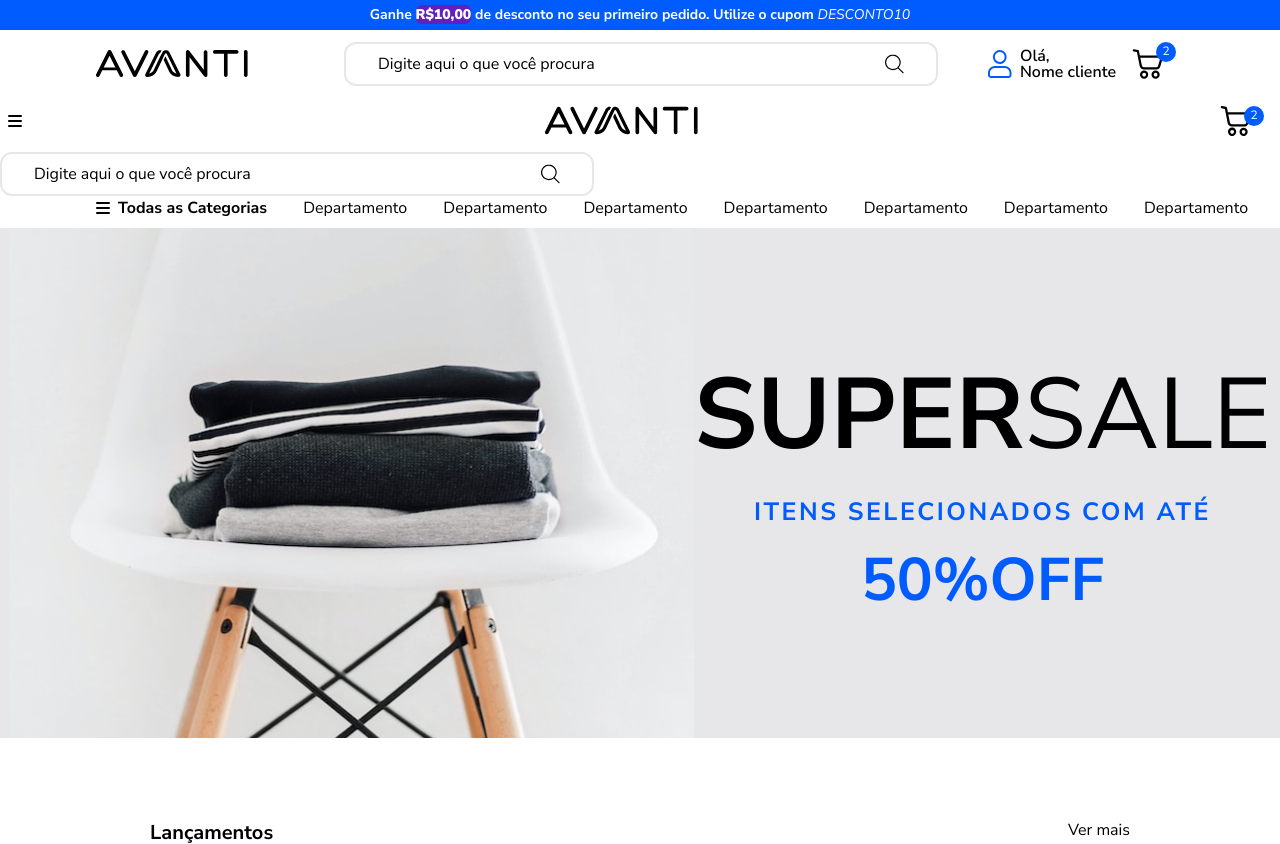
Repository: chidekina/avanti-01
Page: index.html
These files come from the project's save history. The page is drawn as it stood at one moment and after a run of saves; the edit follows.
The browser window is 1280 px wide. The pictures show the part of the page from y = 0 to 844 px (the page is 4170 px tall before and 4209 px after).
A picture or video elsewhere on the page could not be fetched, so the positions and the page height are approximate.

Above is the page before, as saved 2025-04-15 14:34:51.

### index.html
<!DOCTYPE html>
<html lang="en">
  <head>
    <meta charset="UTF-8" />
    <meta name="viewport" content="width=device-width, initial-scale=1.0" />
    <script src="https://cdn.jsdelivr.net/npm/@tailwindcss/browser@4"></script>
    <link rel="preconnect" href="https://fonts.googleapis.com" />
    <link rel="preconnect" href="https://fonts.gstatic.com" crossorigin />
    <link href="https://fonts.googleapis.com/css2?family=Nunito+Sans:ital,opsz,wght@0,6..12,200..1000;1,6..12,200..1000&family=Nunito:ital,wght@0,200..1000;1,200..1000&display=swap" rel="stylesheet" />
    <title>Avanti</title>
    <link rel="icon" type="image" href="./assets/avanti-icon.svg" />
    <link rel="stylesheet" href="style.css" />
    <link rel="stylesheet" href="https://cdn.jsdelivr.net/npm/swiper/swiper-bundle.min.css">
  </head>
  <body>
    <header class="mb-2">
      <h1 class="flex justify-center items-center bg-(--primary-color) text-white text-sm h-[30px] font-bold max-md:text-[12px] max-md:text-center max-md:px-6 max-md:h-[52px]">
        <span>
        Ganhe
        <b class=" bg-(--secondary-color) heigth-[16px] w-[64px] rounded-md">R$10,00</b>
        de desconto no seu primeiro pedido. Utilize o cupom
        <i class="font-normal">DESCONTO10</i>
        </span>
      </h1>
      <div class="mt-3 mb-5 px-24 flex justify-between w-full max-md:hidden">
        <div class="flex gap-24">
          <img src="./assets/logo.svg" alt="Avanti Logo" class="w-[152px]" />
            <div class="flex justify-between py-2 border-2 border-solid border-(--bg-color) px-8 rounded-xl cursor-text w-[594px]">
              <input type="text" placeholder="Digite aqui o que você procura" class="placeholder-black outline-none focus:placeholder-transparent w-1/2" />
              <img src="./assets/search.svg" />
            </div>
        </div>
        <div class="flex gap-4">
          <div class="flex gap-2 items-center">
            <img src="./assets/user.svg" alt="icone do usuario" class="w-[24px]" />
            <h6 class="leading-none font-semibold">
              Olá,<br />
              Nome cliente
            </h6>
          </div>
          <div class="flex">
            <img src="./assets/cart.svg" alt="imagem de um carrinho de compras" class="w-[32px]" />
            <div class="relative bg-(--primary-color) w-[20px] h-[20px] text-center text-white text-[12px] rounded-full right-2">2</div>
          </div>
        </div>
      </div>
      <div class="">
        <div class="flex justify-between my-4 mx-2">
          <img src="./assets/menu-hamburger.svg" alt="menu hamburguer">
          <img src="./assets/logo.svg" alt="logo da Avanti">
          <div class="flex">
            <img src="./assets/cart.svg" alt="imagem de um carrinho de compras" class="w-[32px]" />
            <div class="relative bg-(--primary-color) w-[20px] h-[20px] text-center text-white text-[12px] rounded-full right-2">2</div>
          </div>
        </div>
        <div class="flex justify-between py-2 border-2 border-solid border-(--bg-color) px-8 rounded-xl cursor-text w-[594px]">
          <input type="text" placeholder="Digite aqui o que você procura" class="placeholder-black outline-none focus:placeholder-transparent w-1/2" />
          <img src="./assets/search.svg" />
        </div>
      </div>
      <div class="flex px-24 w-full max-md:hidden">
        <ul class="flex gap-9" id="department-list">
          <li  id="menu-button">
          <a href="#">
            <div class="flex gap-2 w-max">
              <img src="./assets/menu-hamburger.svg" alt="menu hamburguer" />
              <h5 class="font-bold">Todas as Categorias</h5>
            </div>
          </a>
        </li>
        </ul>
      </div>
      <div class="flex mx-24 my-2 w-[1200px] h-[320px] bg-white rounded-md px-4 hidden" id="department-content">
       <div id="department-number">
        <div class="flex gap-20" id="department-content-list">
      </div>
      </div>
        <div class="flex flex-col relative left-146 my-2 w-[236px] justify-center bg-[url(/assets/mini-banner.svg)] bg-no-repeat mr-2 px-4 gap-4">
          <h1 class="text-[24px] text-white z-2">
            Confira os<br>
            Produtos<br>
            <b>Que<br>
            acabaram<br>
            De chegar<br></b>
          </h1>
          <a class=" flex justify-center items-center text-white font-bold border-1 z-2 rounded-lg w-[112px] text-[12px] h-[38px]">
            VER TODOS
          </a>
        </div>
      </div>
      <div class="flex mx-24 my-2 w-[1200px] h-[320px] bg-white rounded-md hidden" id="dropdown-content">
        <ul class="flex flex-col gap-2 bg-(--bg-lighter) overflow-y-scroll w-1/5 rounded-md px-4 py-2" id="categories-list">
        </ul>
        <div class="flex flex-col relative left- my-2 w-[236px] justify-center bg-[url(/assets/mini-banner.svg)] bg-no-repeat mr-2 px-4 gap-4">
          <h1 class="text-[24px] text-white z-2">
            Confira os<br>
            Produtos<br>
            <b>Que<br>
            acabaram<br>
            De chegar<br></b>
          </h1>
          <a class=" flex justify-center items-center text-white font-bold border-1 z-2 rounded-lg w-[112px] text-[12px] h-[38px]">
            VER TODOS
          </a>
        </div>
      </div>
    </header>
    <main>
      <section class="flex justify-center items-center w-full height-[510px] bg-(--bg-color) font-(--font-secondary)">
        <img src="./assets/chair.svg" alt="Foto de uma cadeira com roupas dobradas em cima" />
        <div class="flex flex-col gap-1 text-center">
          <h1 class="text-[100px]"><b>SUPER</b>SALE</h1>
          <h4 class="text-[25px] text-(--primary-color) font-bold tracking-widest">ITENS SELECIONADOS COM ATÉ</h4>
          <h4 class="text-[60px] text-(--primary-color) font-bold">50%OFF</h4>
        </div>
      </section>
<carousel-section></carousel-section>
      </section>
  <description-section></description-section>
  <section class="flex w-full bg-(--bg-light) px-[200px] py-[42px] font-(--font-secondary) my-[40px]">
    <div class="text-center text-(--text-color) w-1/2 mr-5">
      <h1 class="text-[30px] font-bold mb-10">
        Lorem ipsum
      </h1>
      <ul class="flex flex-col text-start gap-15">
        <li class="flex gap-6">
          <img src="./assets/pin.svg">
          <p>
            Aenean massa. Cum sociis natoque penatibus et magnis dis parturient montes, nascetur ridiculus mus. Donec quam felis, ultricies nec, pellentesque eu, pretium quis, sem.
          </p>
        </li>
        <li class="flex gap-6">
          <img src="./assets/pin.svg">
          <p>
            Aenean massa. Cum sociis natoque penatibus et magnis dis parturient montes, nascetur ridiculus mus. Donec quam felis, ultricies nec, pellentesque eu, pretium quis, sem.
          </p>
        </li>
        <li class="flex gap-6">
          <img src="./assets/pin.svg">
          <p>
            Aenean massa. Cum sociis natoque penatibus et magnis dis parturient montes, nascetur ridiculus mus. Donec quam felis, ultricies nec, pellentesque eu, pretium quis, sem.
          </p>
        </li>
      </ul>
    </div>
    <img src="./assets/banner.svg" alt="Foto da caneca da Avanti sobre uma tabua de vegetais" class="w-1/2">
  </section>
  <section>
  <description-section></description-section>
  <carousel-section></carousel-section>

  </section>
  <section>
    <img src="./assets/banner2.svg" alt="Foto da entrada da loja da Avanti" />
    <div class="absolute h-[126px] bg-(--primary-color) w-full bottom-[-3080px] text-white text-[30px] font-(--font-secondary)">
      <h1 class="flex justify-center h-full items-center">Entre em contato conosco e verifique a disponibilidade para sua região!</h1>
    </div>
  </section>
  <section class="flex flex-col my-[50px] gap-6 items-center">
    <h2 class="font-bold text-center text-[20px]">
      Cadastre-se na nossa <b class="text-(--primary-color)">newsletter</b>
    </h2>
    <div class="flex w-[1260px] h-[170px] items-center justify-center bg-(--bg-light) rounded-lg gap-6">
      <input type="text" placeholder="Digite seu nome" class="outline-none rounded-lg bg-white placeholder:text-black w-[260px] h-[48px] focus:placeholder-transparent pl-4"/>
      <input type="text" placeholder="Digite seu e-mail" class="outline-none rounded-lg bg-white placeholder:text-black w-[260px] h-[48px] focus:placeholder-transparent pl-4"/>
      <div class="flex gap-1">
      <input type="checkbox" />
      <h5 class="text-(--sub-text) text-[12px] font-bold">Estou de acordo com a <a href="#" class="underline">Política de Privacidade</a></h5>
    </div>
    </div>
  </section>
  <section class="text-center px-[200px] py-[64px] bg-(--bg-lighter)">
    <div class="flex justify-around mb-10">
    <div class="flex flex-col gap-5">
      <img src="./assets/logo.svg" alt="Logo Avanti" />
      <ul class="flex gap-5 justify-around items-center">
        <li>
          <a href="#">
            <img src="./assets/social-links/instagram.svg" alt="Logo do instagram" />
          </a>
        </li>
        <li>
          <a href="#">
            <img src="./assets/social-links/facebook.svg" alt="Logo do instagram" />
          </a>
        </li>
        <li>
          <a href="#">
            <img src="./assets/social-links/youtube.svg" alt="Logo do instagram" />
          </a>
        </li>
        <li>
          <a href="#">
            <img src="./assets/social-links/tiktok.svg" alt="Logo do instagram" />
          </a>
        </li>
      </ul>
    </div>
    <ul class="flex flex-col gap-4">
      <li class="font-bold">
        <a href="">
          Institucional
        </a>
      </li>
      <li>
        <a href="">
          Sobre Nós
        </a>
      </li>
      <li>
        <a href="">
          Nossas lojas
        </a>
      </li>
      <li>
        <a href="">
          Privacidade e Segurança
        </a>
      </li>
      <li>
        <a href="">
          Termos e condições
        </a>
      </li>
    </ul>
    <ul class="flex flex-col gap-4">
      <li class="font-bold">
        <a href="">
          Central de ajuda
        </a>
      </li>
      <li>
        <a href="">
          Fale Conosco
        </a>
      </li>
      <li>
        <a href="">
          Frete e Entrega
        </a>
      </li>
      <li>
        <a href="">
          Trocas e Devoluções
        </a>
      </li>
      <li>
        <a href="">
          Formas de Pagamento
        </a>
      </li>
      <li>
        <a href="">
          FAQ
        </a>
      </li>
    </ul>
    <ul class="flex flex-col gap-4">
      <li class="font-bold">
          Atendimento
      </li>
      <li>
         <b>Telefone:</b> (00) 1234-5678
      </li>
      <li>
        <b>E-mail:</b> exemplo@exemplo.com.br
      </li>
      <li>
        <b>Horário de atendimento:</b><br>
          Segunda a Sábado: 07h00 às 23h00<br>
          Domingos e Feriados:  07h00 às 21h00
      </li>
    </ul>
  </div>
<div>
<ul class="flex gap-10 justify-center">
  <li>
    <img src="./assets/payments/amex.svg" alt="Logo Amex" />
  </li>
  <li>
    <img src="./assets/payments/mastercard.svg" alt="Logo Mastercard" />
  </li>
  <li>
    <img src="./assets/payments/visa.svg" alt="Logo Visa" />
  </li>
  <li>
    <img src="./assets/payments/hipercard.svg" alt="Logo Hipercard" />
  </li>
  <li>
    <img src="./assets/payments/elo.svg" alt="Logo Elo" />
  </li>
  <li>
    <img src="./assets/payments/dinners.svg" alt="Logo Dinners" />
  </li>
  <li>
    <img src="./assets/payments/paypal.svg" alt="Logo Paypal" />
  </li>
  <li>
    <img src="./assets/payments/pix.svg" alt="Logo Pix" />
  </li>
  <li>
    <img src="./assets/payments/boleto.svg" alt="Logo Boleto" />
  </li>
</ul>
</div>
  </section>
    </main>
    <footer class="flex flex-col gap-5 my-10">
      <div class="flex flex-col text-center justify-center items-center">
        <p class="w-[1000px] text-[12px]">
          Lorem ipsum dolor sit amet, consectetuer adipiscing elit, sed diam nonummy nibh euismod tincidunt ut laoreet dolore magna aliquam erat volutpat. Ut wisi enim ad minim veniam, quis nostrud exerci tation ullamcorper suscipit lobortis nisl ut aliquip ex ea commodo consequat. Duis autem vel eum iriure dolor in hendrerit in vulputate velit esse molestie consequat, vel illum dolore eu feugiat nulla facilisis at vero eros et accumsan et iusto odio dignissim qui blandit praesent luptatum zzril delenit augue duis dolore te feugait nulla facilisi.
        </p>
      </div>
        <ul class="flex justify-center gap-10">
          <li>
            <img src="./assets/logos/encrypt-logo.svg" alt="Logo da Lets Encrypt">
          </li>
          <li>
            <img src="./assets/logos/vtex-pci-logo.svg" alt="Logo da VTEX e da PCI certified">
          </li>
          <li>
            <img src="./assets/logo.svg" alt="Logo da Avanti">
          </li>
          <li>
            <img src="./assets/logos/vtex-logo.svg" alt="Logo da VTEX">
          </li>
        </ul>
      </footer>
    <script src="https://cdn.jsdelivr.net/npm/swiper/swiper-bundle.min.js"></script>
    <script src="app.js"></script>
  </body>
</html>

### style.css
:root {
    font-family: "Nunito Sans", sans-serif;
    --primary-color: #005CFF;
    --secondary-color: #6220C1;
    --text-color: #4F4F4F;
    --bg-color: #E7E7EA;
    --bg-dark: #C2C2C2;
    --bg-light: #DEDEDE;
    --bg-lighter: #F5F5F5;
    --sub-text: #656565;
    --font-secondary: "Nunito", sans-serif;
}

html, body {
    margin: 0;
    padding: 0;
    width: 100%;
    height: 100%;
    box-sizing: border-box;
  }

#dropdown-content,
#department-content {
    position: absolute;
    z-index: 1;
    box-shadow: 0px 8px 16px 0px rgba(0,0,0,0.2);
}


#dropdown-content .bg-no-repeat::before,
#department-content .bg-no-repeat::before {
    content: '';
    position: absolute;
    top: 0;
    left: 0;
    width: 236px;
    height: 298px;
    background-image: url(/assets/black-filter.svg);
    z-index: 1;
}

#categories-list li:hover img,
#categories-list li.active img {
    content: url('./assets/arrow-active.svg');
    transform: scale(1.1);
}

.selected {
    color: var(--primary-color); /* Replace with your desired color */
    font-weight: bold;
}

#categories-list li.selected img {
    content: url('./assets/arrow-active.svg'); /* Replace with the active image path */
    transform: scale(1.1); /* Optional: Add a scaling effect */
}

.sublist.open {
    max-height: 500px; /* Adjust based on the expected height of the sublist */
}


.sublist {
    list-style: none;
    padding: 0;
    margin: 0;
}

### app.js
class Carousel extends HTMLElement {
    constructor() {
      super();
    }

    connectedCallback() {
      this.render();
      this.initSlides();
      this.initSwiper();
    }

    render() {
      this.innerHTML = `
        <section class="py-[80px] px-[150px]">
          <div>
            <div class="flex justify-between mb-4">
              <h3 class="font-bold text-[20px]">Lançamentos</h3>
              <h4>Ver mais</h4>
            </div>
            <div class="swiper">
              <div class="swiper-container">
                <ul class="swiper-wrapper" id="swiper-wrapper"></ul>
                <div class="swiper-button-next"></div>
                <div class="swiper-button-prev"></div>
                <div class="swiper-pagination"></div>
              </div>
            </div>
          </div>
        </section>
      `;
    }

    initSlides() {
      const swiperWrapper = this.querySelector("#swiper-wrapper");

      for (let i = 1; i <= 15; i++) {
        const slide = `
          <li class="swiper-slide border border-[#DDDDDD] py-1 px-1 rounded-md" style="min-width: 200px;">
            <div class="absolute">
              <h6 class="flex justify-center items-center bg-[#00264E] text-white text-[10px] w-[42px] h-[20px] rounded-sm">
                NOVO
              </h6>
            </div>
            <img src="./assets/model.svg" alt="Modelo ${i}" />
            <div class="mt-2">
              <h3 class="text-[#303030] text-[12px] mb-1 leading-none">
                Produto ${i} - Nome do Produto
              </h3>
            </div>
            <div class="flex gap-1">
              <div>
                <h4 class="text-[#303030] text-[10px] line-through leading-none">R$ 100,00</h4>
                <h4 class="text-[14px] font-bold tracking-tight">R$ 79,90</h4>
              </div>
              <div class="flex justify-center items-center bg-[#5EC0BE] text-white underline text-[8px] w-[52px] h-[16px] rounded-sm tracking-tight">
                10% OFF
              </div>
            </div>
            <h6 class="text-[10px]">Ou em até <b>10x de R$ 7,90</b></h6>
            <button class="w-full bg-[#00264E] text-white rounded-md text-[12px] h-[30px]">
              Comprar
            </button>
          </li>
        `;
        swiperWrapper.insertAdjacentHTML("beforeend", slide);
      }
    }

    initSwiper() {
      new Swiper(this.querySelector(".swiper-container"), {
        slidesPerView: 5,
        spaceBetween: 10,
        navigation: {
          nextEl: this.querySelector(".swiper-button-next"),
          prevEl: this.querySelector(".swiper-button-prev"),
        },
        pagination: {
          el: this.querySelector(".swiper-pagination"),
          clickable: true,
        },
      });
    }
  }

  customElements.define("carousel-section", Carousel);

class Description extends HTMLElement {
  connectedCallback() {
    this.innerHTML = `
     <section class="flex px-[200px] gap-5 items-center">
        <div class="flex bg-(--bg-dark) justify-center items-center">
            <img src="./assets/mug.svg" alt="Foto de uma caneca da Avanti" />
        </div>
        <div class="font-(--font-secondary) w-1/2">
            <h1 class="font-bold text-[30px]">
          Lorem Ipsum
            </h1>
            <p class="text-[12px]">
                Duis consectetur metus nec lacus auctor dignissim. Mauris vitae finibus dui. Mauris laoreet lacus ut eleifend viverra. Cras efficitur volutpat dui, in lobortis metus lacinia sit amet. Sed lacinia pharetra magna, vel pulvinar ligula hendrerit a. Maecenas fringilla porttitor tortor eget lacinia. Donec sollicitudin euismod orci, auctor fringilla magna consequat interdum. Fusce sagittis elit a libero commodo egestas efficitur id augue.<br></br>
                Duis consectetur metus nec lacus auctor dignissim. Mauris vitae finibus dui. Mauris laoreet lacus ut eleifend viverra. Cras efficitur volutpat dui, in lobortis metus lacinia sit amet. Sed lacinia pharetra magna, vel pulvinar ligula hendrerit a. Maecenas fringilla porttitor tortor eget lacinia. Donec sollicitudin euismod orci, auctor fringilla magna consequat interdum. Fusce sagittis elit a libero commodo egestas efficitur id augue.
            </p>
        </div>
        </section>
        `;
  }
};

customElements.define("description-section", Description);

const categories = document.getElementById('categories-list');
const dropdown = document.getElementById('dropdown-content');
const allCategories = document.getElementById('menu-button');
const depList = document.getElementById('department-list');
const depContent = document.getElementById('department-content');
const depContentList = document.getElementById('department-content-list');
const depNumber = document.getElementById('department-number');

for (let i = 1; i <= 7; i++) {
  const li = document.createElement('li');
  li.innerHTML = `
    <a href="#" id="dep-${i}" class="hover:font-bold hover:text-(--primary-color)"> Departamento </a>
  `;

  li.onclick = () => {
    const allItems = depList.querySelectorAll('li');
    allItems.forEach(item => item.classList.remove('selected'));

    dropdown.classList.add('hidden');

    generateDepartmentContent(i); // Generate content dynamically for the clicked department
  };

  depList.appendChild(li);
}

function generateDepartmentContent(departmentId) {
  const currentVisibleId = depContent.getAttribute('data-visible-id');
  if (currentVisibleId === departmentId.toString()) {
    depContent.classList.add('hidden');
    depContent.removeAttribute('data-visible-id');
    return;
  }

  depContent.setAttribute('data-visible-id', departmentId);
  depContent.classList.remove('hidden');

  depContentList.innerHTML = '';
  const depTitle = depNumber.querySelector('h2');
  if (depTitle) {
    depNumber.removeChild(depTitle);
  }

  const h2 = document.createElement('h2');
  h2.className = 'font-bold mt-4 mb-2';
  h2.textContent = `Departamento ${departmentId}`;
  depNumber.prepend(h2);

  for (let col = 1; col <= 3; col++) {
    const ul = document.createElement('ul');
    ul.className = 'flex flex-col gap-1 text-[14px]';

    for (let item = 1; item <= 8; item++) {
      const li = document.createElement('li');
      li.className = 'first:font-bold first:text-(--primary-color) hover:font-bold hover:text-(--primary-color)';
      li.textContent = 'Categoria';
      ul.appendChild(li);
    }

    depContentList.appendChild(ul);
  }
}

allCategories.onclick = () => {
  if (dropdown.classList.contains('hidden')) {
    dropdown.classList.remove('hidden');
    depContent.classList.add('hidden');
  } else {
    dropdown.classList.add('hidden');
  }
};

for (let i = 1; i <= 15; i++) {
  const li = document.createElement('li');
  li.id = i;
  li.className = 'flex justify-between hover:text-(--primary-color) hover:font-bold';
  li.innerHTML = `
    <p>Departamento</p>
    <img src="./assets/arrow.svg" alt="imagem de flecha" />
  `;

  li.addEventListener('click', () => {
    const allItems = categories.querySelectorAll('li');
    allItems.forEach(item => item.classList.remove('selected'));

    li.classList.add('selected');

    const existingSublist = dropdown.querySelector('.sublist-container');
    if (existingSublist) {
      dropdown.removeChild(existingSublist);
    }

    const sublistContainer = document.createElement('div');
    sublistContainer.className = 'flex relative gap-[100px] right-50 mt-4 sublist-container';

    // Create 3 lists
    for (let i = 1; i <= 3; i++) {
      const sublist = document.createElement('ul');
      sublist.className = 'flex flex-col gap-3 sublist text-(--sub-text)';

      for (let j = 1; j <= 8; j++) {
        const subItem = document.createElement('li');
        subItem.className = 'hover:text-(--primary-color) hover:font-bold first:text-(--primary-color) first:font-bold';
        subItem.textContent = `Categoria ${li.id}`;
        sublist.appendChild(subItem);
      }

      sublistContainer.appendChild(sublist);
    }

    dropdown.appendChild(sublistContainer);
  });

  categories.appendChild(li);
}

After the next 3 saves:
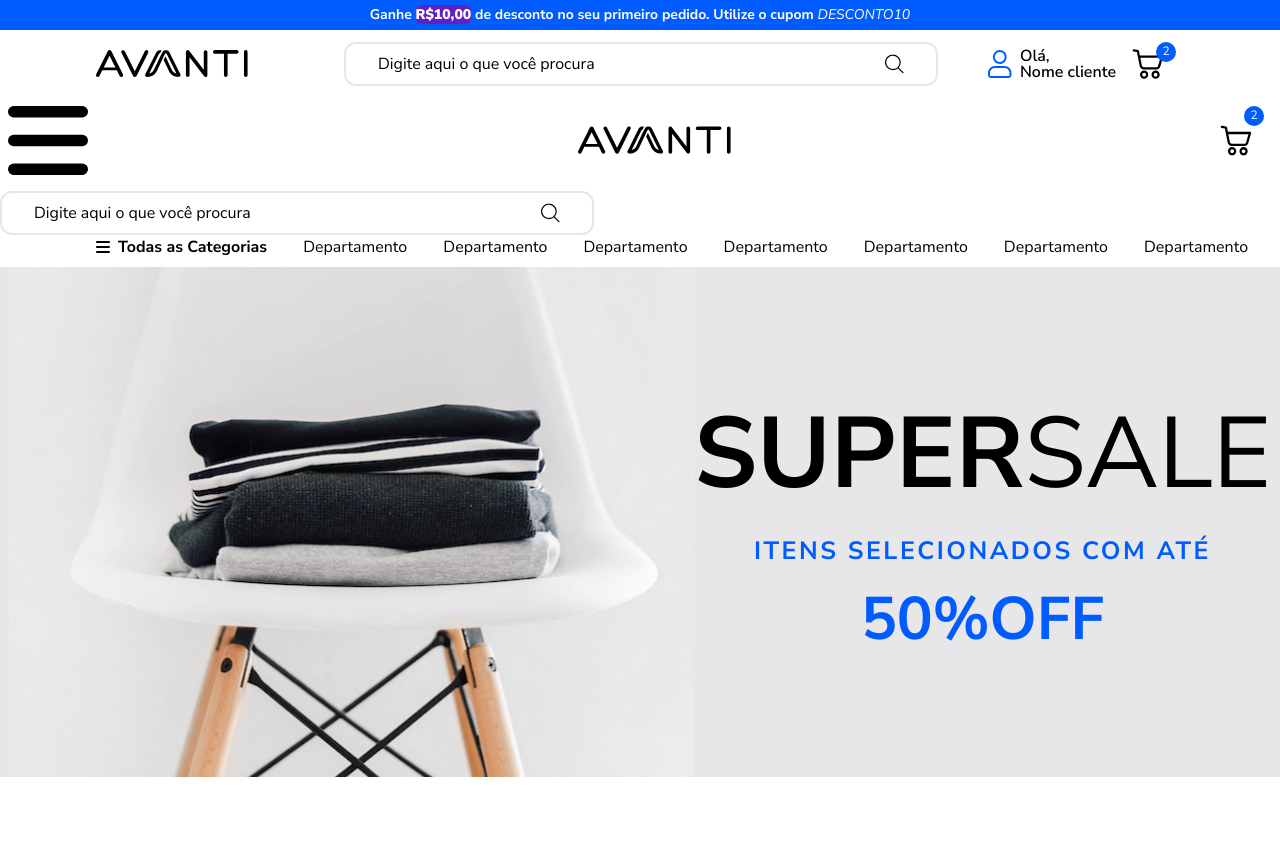
The 3 saves are shown as one change because they came seconds apart.
The last was saved 12 s later.
--- a/index.html
+++ b/index.html
@@ -46,7 +46,7 @@
       </div>
       <div class="">
         <div class="flex justify-between my-4 mx-2">
-          <img src="./assets/menu-hamburger.svg" alt="menu hamburguer">
+          <img src="./assets/menu-hamburger.svg" alt="menu hamburguer" class="w-20">
           <img src="./assets/logo.svg" alt="logo da Avanti">
           <div class="flex">
             <img src="./assets/cart.svg" alt="imagem de um carrinho de compras" class="w-[32px]" />
